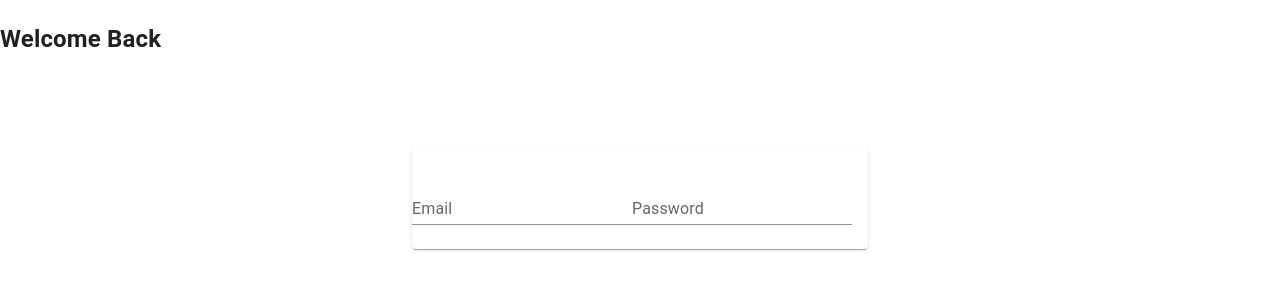
Repository: NGHIAVN1/Note
Page: /
These files come from the project's save history. The page is drawn as it stood at one moment and after the next save; the edit follows.
The browser window is 1280 px wide. The pictures show the whole page.
The project was rebuilt for these pictures with package versions that can differ from the ones it lists, and the page was loaded fresh each time. Also part of the build but not shown: vite.config.js, src/Register.jsx, src/Pet.jsx, src/useBreedList.jsx, src/SearchParams.jsx.

Above is the page before, as saved 2024-03-05 18:21:21.

### src/index.html
<!DOCTYPE html>
<html lang="en">

<head>
  <meta charset="UTF-8">
  <meta name="viewport" content="width=device-width, initial-scale=1.0">
  <meta http-equiv="X-UA-Compatible" content="ie=edge">
  <title>Adopt Me</title>
</head>

<body>
  <div id="root">not rendered</div>
  <script type="module" src="./App.jsx">
    // Your code is going to go here

  </script>
</body>

</html>

### src/App.jsx
import React from "react";
import "./Register";
import "./LoginPages";
import "./SearchParams";
import { createRoot } from "react-dom/client";
import SearchParams from "./SearchParams";
import RegisterUser from "./Register";
import LoginPage from "./LoginPages";

const App = () => {
  return (
    <div>
      <h1></h1>
      <h2>Welcome Back</h2>
      <LoginPage />
    </div>
  );
};

const container = document.getElementById("root");
const root = createRoot(container);
root.render(React.createElement(App));

### src/LoginPages.jsx
import {
  CardContent,
  CardHeader,
  Container,
  CssBaseline,
  TextField,
  Typography,
} from "@mui/material";
import Card from "@mui/material/Card";
import { dark } from "@mui/material/styles/createPalette";
import Box from "@mui/material/Box";
import Grid from "@mui/material/Grid";
const LoginPage = () => {
  return (
    <div>
      <Container>
        <CssBaseline />
        <Box
          sx={{
            marginTop: 8,
            display: "flex",
            flexDirection: "column",
            alignItems: "center",
          }}
        >
          <Card
            sx={{
              marginTop: 3,
              display: "flex",
              flexDirection: "column",
              alignItems: "center",
            }}
          >
            <CardHeader>
              <Typography sx={{ frontSize: 14 }} color={dark}>
                Login
              </Typography>
            </CardHeader>
            <CardContent>
              <Grid container spacing={2}>
                <Grid xs={12} sm={6}>
                  <TextField variant="standard" label="Email" fullWidth />
                </Grid>
                <Grid xs={12} sm={6}>
                  <TextField variant="standard" label="Password" fullWidth />
                </Grid>
              </Grid>
            </CardContent>
          </Card>
        </Box>
      </Container>
    </div>
  );
};
export default LoginPage;

After the next save:
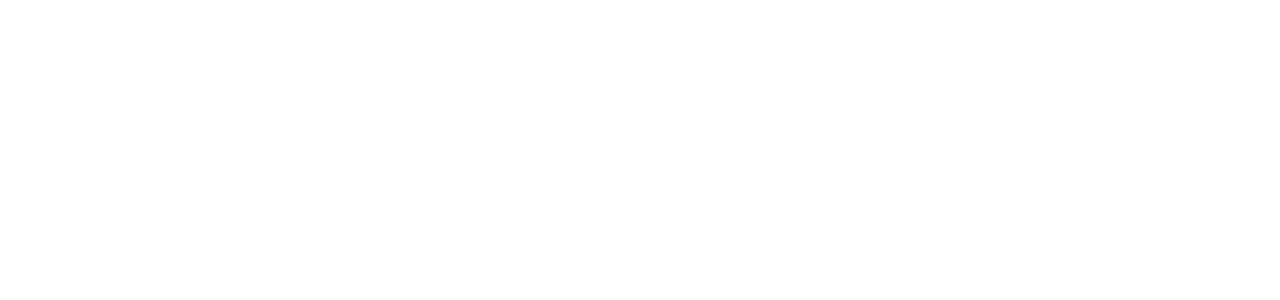
Console error: ReferenceError: main is not defined
Saved 54 s later.
--- a/src/LoginPages.jsx
+++ b/src/LoginPages.jsx
@@ -9,11 +9,12 @@
 import Card from "@mui/material/Card";
 import { dark } from "@mui/material/styles/createPalette";
 import Box from "@mui/material/Box";
+
 import Grid from "@mui/material/Grid";
 const LoginPage = () => {
   return (
     <div>
-      <Container>
+      <Container component={main}>
         <CssBaseline />
         <Box
           sx={{

After the save that followed:
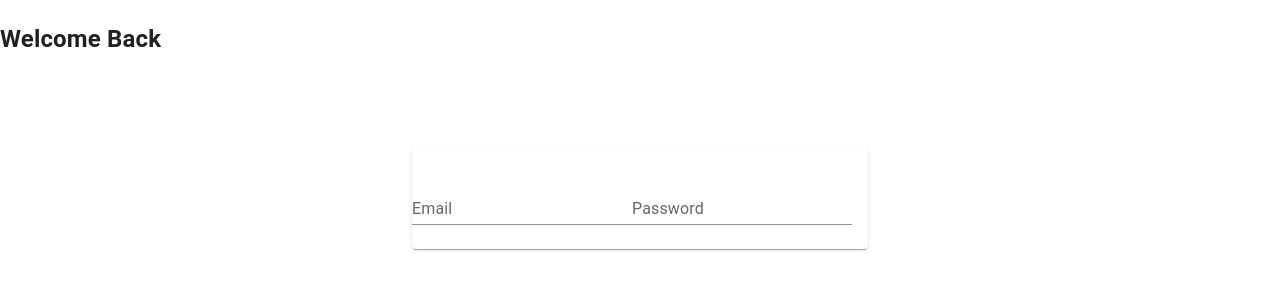
The error is gone.
Saved 31 s later.
--- a/src/LoginPages.jsx
+++ b/src/LoginPages.jsx
@@ -14,7 +14,7 @@
 const LoginPage = () => {
   return (
     <div>
-      <Container component={main}>
+      <Container>
         <CssBaseline />
         <Box
           sx={{
